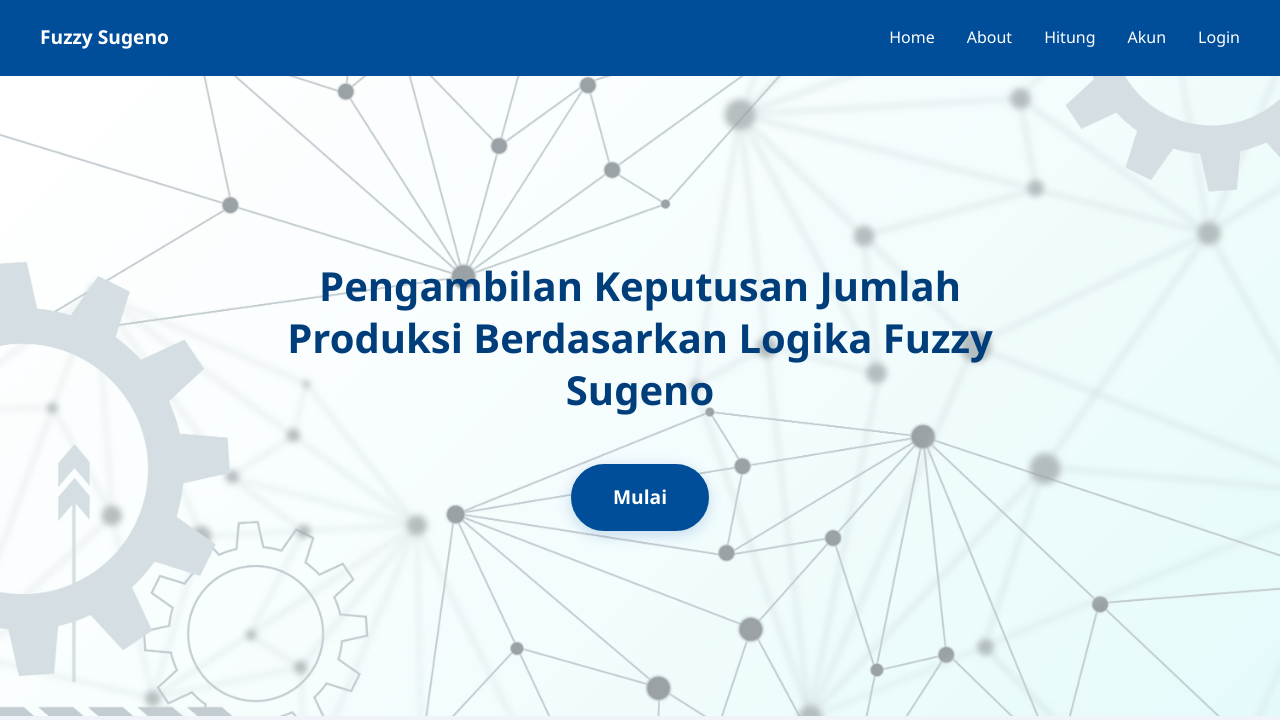
Repository: Senicccc/Defuzzy-Sugeno
Page: http://localhost/
The author's editor kept a copy of each file at every save. The page is drawn from the files as they stood at one save, then again after the next save.
The browser window is 1280 px wide. The pictures show the whole page.
The page is run by PHP 8.4 with error messages shown; the project is at /var/www/html/.

Above is the page before, as saved 2025-06-09 11:14:22.

### index.php
<!DOCTYPE html>
<html lang="id">

<head>
    <meta charset="UTF-8" />
    <meta name="viewport" content="width=device-width, initial-scale=1.0" />
    <title>Fuzzy Sugeno - Home</title>
    <link rel="icon" href="img/favicon.png" type="image/png">
    <link rel="stylesheet" href="css/index.css">
</head>

<body>

    <?php
    require_once 'php/header-index.php';
    ?>

    <section class="hero" style="background: url('img/menu-bg.jpg') center center/cover no-repeat;">
        <h1>Pengambilan Keputusan Jumlah Produksi Berdasarkan Logika Fuzzy Sugeno</h1>
        <a href="php/form.php" class="start-button">Mulai</a>
    </section>

</body>

</html>

### php/header-index.php
<!DOCTYPE html>
<html lang="id">

<head>
    <meta charset="UTF-8" />
    <meta name="viewport" content="width=device-width, initial-scale=1.0" />
    <title>Fuzzy Sugeno - Produksi</title>
    <link rel="stylesheet" href="https://cdnjs.cloudflare.com/ajax/libs/font-awesome/6.0.0/css/all.min.css">

    <style>
    * {
        margin: 0;
        padding: 0;
        box-sizing: border-box;
        font-family: 'Segoe UI', Tahoma, Geneva, Verdana, sans-serif;
    }

    body {
        background: #f0f4f8;
        color: #333;
    }

    nav {
        background-color: #004d99;
        position: sticky;
        top: 0;
        z-index: 1000;
        padding: 1.4rem 2.4rem;
    }

    .nav-container {
        display: flex;
        justify-content: space-between;
        align-items: center;
        max-width: 1200px;
        margin: 0 auto;
        flex-wrap: wrap;
    }

    .logo {
        color: white;
        font-weight: 800;
        font-size: larger;
    }

    .nav-links {
        display: flex;
        gap: 2rem;
    }

    .nav-links a {
        text-decoration: none;
        color: white;
        font-weight: 500;
        font-size: 1rem;
        transition: color 0.3s;
    }

    .nav-links a:hover {
        color: #ffcc00;
    }

    .burger {
        display: none;
        font-size: 1.5rem;
        color: white;
        cursor: pointer;
        padding: 0.5rem;
    }

    @media (max-width: 768px) {
        .nav-links {
            display: none;
            flex-direction: column;
            background-color: #004d99;
            width: 100%;
            text-align: center;
            margin-top: 1rem;
            padding-bottom: 1rem;
            gap: 1rem;
            order: 1;
        }

        .nav-links.active {
            display: flex;
        }

        .burger {
            display: block;
            margin-left: auto;
            /* Memposisikan burger di kanan */
        }

        nav {
            padding: 0.75rem 1.5rem;
        }
    }
    </style>
</head>

<body>

    <nav>
        <div class="nav-container">
            <div class="logo">Fuzzy Sugeno</div>
            <div class="burger" id="burger"><i class="fas fa-bars"></i></div>
            <div class="nav-links" id="navLinks">
                <a href="index.php">Home</a>
                <a href="index.php#about-section">About</a>
                <a href="php/form.php">Hitung</a>
                <a href="php/account.php">Akun</a>
                <?php if (isset($_SESSION['user_id'])): ?>
                <a href="php/logout.php">Logout</a>
                <?php else: ?>
                <a href="php/login.php">Login</a>
                <?php endif; ?>
            </div>
        </div>
    </nav>

    <script>
    const burger = document.getElementById('burger');
    const navLinks = document.getElementById('navLinks');

    burger.addEventListener('click', () => {
        navLinks.classList.toggle('active');
    });
    </script>

</body>

</html>

### css/index.css
* {
    margin: 0;
    padding: 0;
    box-sizing: border-box;
    font-family: 'Segoe UI', Tahoma, Geneva, Verdana, sans-serif;
}

body {
    background: linear-gradient(135deg, #f0f4f8 0%, #dfe7ee 100%);
    color: #333;
    min-height: 100vh;
    line-height: 1.6;
}

/* Hero Section */
.hero {
    display: flex;
    flex-direction: column;
    justify-content: center;
    align-items: center;
    text-align: center;
    min-height: calc(100vh - 80px);
    padding: 2rem;
    background-image:
        radial-gradient(circle at 10% 20%, rgba(0, 77, 153, 0.05) 0%, transparent 20%),
        radial-gradient(circle at 90% 80%, rgba(0, 77, 153, 0.05) 0%, transparent 20%);
}

.hero h1 {
    font-size: 2.5rem;
    font-weight: 1000;
    color: #003e7b;
    margin-bottom: 2rem;
    max-width: 800px;
    line-height: 1.3;
    text-shadow: 1px 1px 2px rgba(0,0,0,0.);
}

.start-button {
    display: inline-block;
    background-color: #004d99;
    color: white;
    padding: 1rem 2.5rem;
    border-radius: 50px;
    text-decoration: none;
    font-weight: 600;
    font-size: 1.2rem;
    transition: all 0.3s ease;
    box-shadow: 0 4px 15px rgba(0, 77, 153, 0.2);
    border: 2px solid #004d99;
    margin-top: 1rem;
}

.start-button:hover {
    background-color: #ffcc00;
    color: #004d99;
    transform: translateY(-3px);
    box-shadow: 0 6px 20px rgba(0, 77, 153, 0.3);
}

.start-button:active {
    transform: translateY(1px);
}

/* Responsive Design */
@media (max-width: 768px) {
    .hero {
        padding: 1.5rem;
        min-height: calc(100vh - 60px);
    }

    .hero h1 {
        font-size: 1.8rem;
        margin-bottom: 1.5rem;
    }

    .start-button {
        padding: 0.8rem 2rem;
        font-size: 1rem;
    }
}

@media (max-width: 480px) {
    .hero h1 {
        font-size: 1.5rem;
    }

    .start-button {
        padding: 0.7rem 1.8rem;
    }
}

/* Animasi */
@keyframes fadeIn {
    from { opacity: 0; transform: translateY(20px); }
    to { opacity: 1; transform: translateY(0); }
}

.hero {
    animation: fadeIn 0.8s ease-out forwards;
}

.start-button {
    animation: fadeIn 1s ease-out 0.3s both;
}


/* Responsive */
@media (max-width: 768px) {
    .about-content {
        padding: 1.5rem 1rem;
    }
    .about-content h1 {
        font-size: 1.3rem;
    }
}

After the next save:
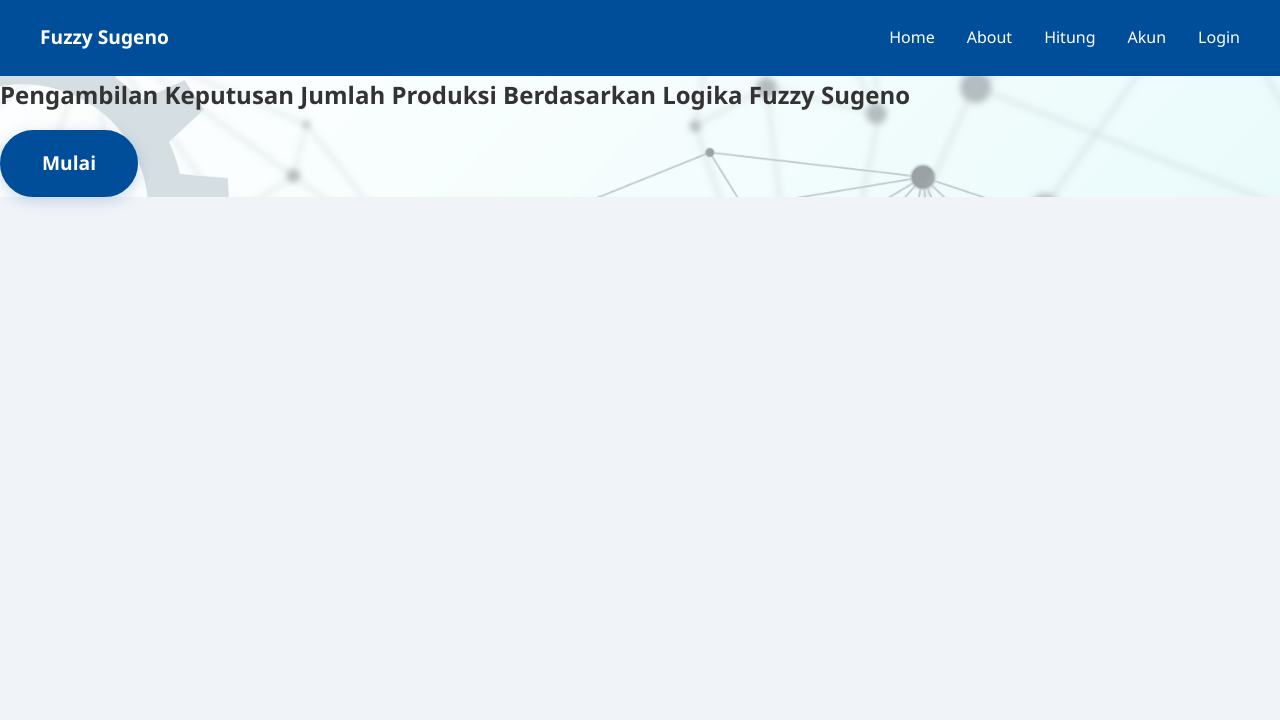
Saved 23 s later.
--- a/index.php
+++ b/index.php
@@ -15,7 +15,7 @@
     require_once 'php/header-index.php';
     ?>
 
-    <section class="hero" style="background: url('img/menu-bg.jpg') center center/cover no-repeat;">
+    <section class="about" style="background: url('img/menu-bg.jpg') center center/cover no-repeat;">
         <h1>Pengambilan Keputusan Jumlah Produksi Berdasarkan Logika Fuzzy Sugeno</h1>
         <a href="php/form.php" class="start-button">Mulai</a>
     </section>
